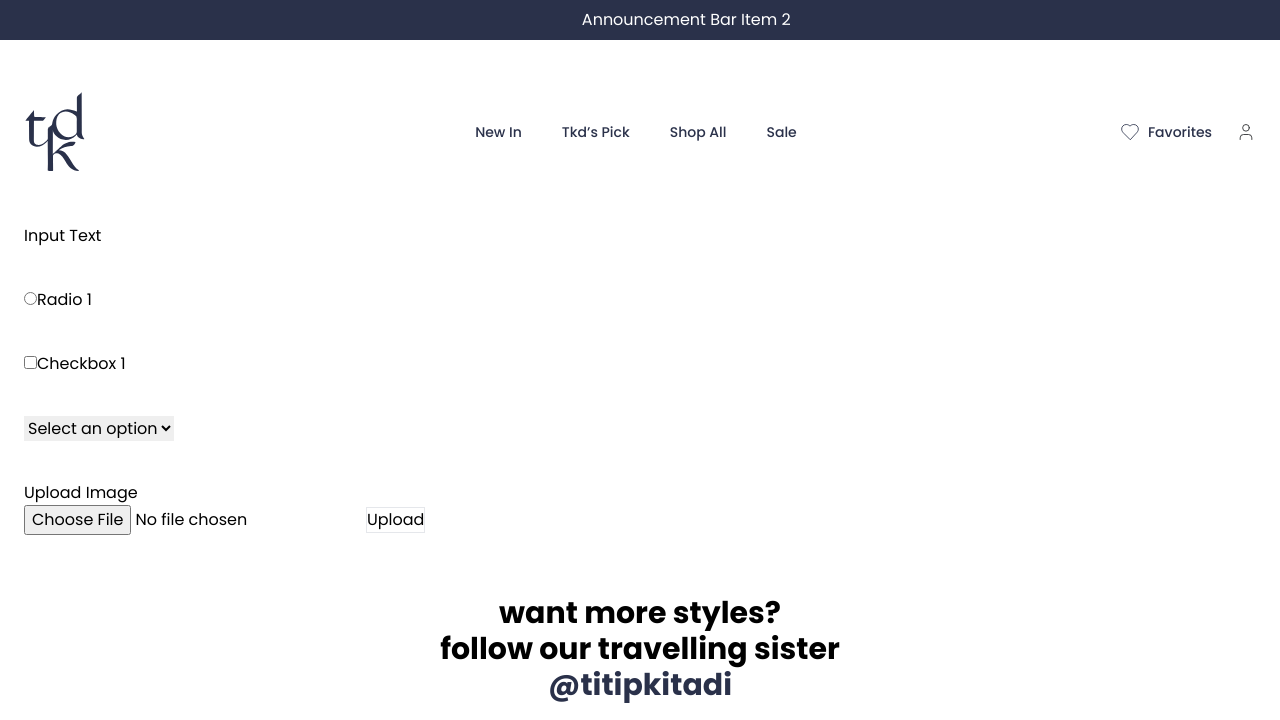
Repository: helmifnandani/online-store
Page: /input
An editor plug-in stored every save of this project. The page is shown before and after the next save, followed by the edit.
The browser window is 1280 px wide. The pictures show the whole page.
An inner scrolling area shows only its first screen. The project was rebuilt for these pictures with package versions that can differ from the ones it lists, and the page was loaded fresh each time. Also part of the build but not shown: vite.config.js, src/components/Icons/icon-chevron-right.jsx, src/components/Icons/icon-chevron-down.jsx, src/components/Icons/icon-chevron-left.jsx, src/components/Icons/icon-eye.jsx, src/components/Icons/icon-shopee.jsx, src/components/Icons/icon-tokopedia.jsx, src/components/Icons/icon-close.jsx and 19 more.

Above is the page before, as saved 2024-08-28 18:12:58.

### index.html
<!doctype html>
<html lang="en">
  <head>
    <meta charset="UTF-8" />
    <link
      rel="icon"
      type="image/svg+xml"
      href="/src/assets/images/logo/logo-2.png"
    />
    <meta name="viewport" content="width=device-width, initial-scale=1.0" />
    <title>Titipkitadi.id</title>
  </head>
  <body>
    <div id="root"></div>
    <script type="module" src="/src/main.jsx"></script>
  </body>
</html>

### src/main.jsx
import { StrictMode } from "react";
import { createRoot } from "react-dom/client";
import App from "./App.jsx";
import "./index.css";
import { BrowserRouter } from "react-router-dom";
import { AuthProvider } from "react-auth-kit";

createRoot(document.getElementById("root")).render(
  <StrictMode>
    <BrowserRouter>
      <App />
    </BrowserRouter>
  </StrictMode>,
);

### src/App.jsx
import { useState, useEffect, useRef } from "react";
import { Route, Routes, Navigate } from "react-router-dom";
import Navbar from "./components/Navbar";
import Footer from "./components/Footer";
import Home from "./pages/Home";
import ProductList from "./pages/ProductList";
import ProductDetail from "./pages/ProductDetail";
import Account from "./pages/Account";
import About from "./pages/About";
import Careers from "./pages/Careers";
import Contact from "./pages/Contact";
import Faq from "./pages/Faq";
import Input from "./pages/Input";
import ReturnsExchanges from "./pages/ReturnsExchanges";
import Shipping from "./pages/Shipping";
import { categories } from "./constants";

function App() {
  const [mobileDrawerOpen, setMobileDrawerOpen] = useState(false);
  const [heightNavbar, setHeightNavbar] = useState(0);
  const [isScrolled, setIsScrolled] = useState(false);
  const containerRef = useRef(null);
  const [categoryList, setCategoryList] = useState([]);

  useEffect(() => {
    setCategoryList(categories);
  }, []);
  const toggleNavbar = (e) => {
    e.stopPropagation();
    setMobileDrawerOpen(!mobileDrawerOpen);
  };

  useEffect(() => {
    if (mobileDrawerOpen) {
      document.querySelector("#sidebar").classList.add("translate-x-0");
      document.querySelector("#sidebar").classList.remove("-translate-x-full");
    } else {
      document.querySelector("#sidebar").classList.remove("translate-x-0");
      document.querySelector("#sidebar").classList.add("-translate-x-full");
    }
  }, [mobileDrawerOpen]);

  useEffect(() => {
    var navbar = document.querySelector("#navbar");
    const updateHeight = () => {
      if (navbar) {
        setHeightNavbar(navbar.offsetHeight);
      }
    };

    updateHeight();

    window.addEventListener("resize", updateHeight);

    return () => {
      window.removeEventListener("resize", updateHeight);
    };
  }, []);

  useEffect(() => {
    const handleScroll = () => {
      const element = containerRef.current;
      setIsScrolled(element.scrollTop > 0);
    };

    const element = containerRef.current;
    element.addEventListener("scroll", handleScroll);

    return () => {
      element.removeEventListener("scroll", handleScroll);
    };
  }, []);

  return (
    <div
      id="container"
      ref={containerRef}
      className={`flex h-screen flex-col overflow-x-hidden lg:space-y-10 ${mobileDrawerOpen ? "overflow-y-hidden" : ""} `}
    >
      <Navbar
        toggleNavbar={toggleNavbar}
        mobileDrawerOpen={mobileDrawerOpen}
        isScrolled={isScrolled}
        categoryList={categoryList}
      />
      <div
        className="mx-auto w-full max-w-7xl flex-grow px-4 lg:px-6"
        id="hero_container"
      >
        {mobileDrawerOpen ? (
          <div
            id="drawer_overlay"
            className={`fixed inset-0 bg-black pt-20 transition-opacity duration-300 ${
              mobileDrawerOpen
                ? "z-20 opacity-50"
                : "pointer-events-none opacity-0"
            }`}
            onClick={toggleNavbar}
            style={{ marginTop: `${heightNavbar}px` }}
          ></div>
        ) : (
          <></>
        )}
        <Routes>
          <Route path="/" element={<Home />} />
          <Route path="/input" element={<Input />} />
          <Route path="/products" element={<Navigate to="/products/all" />} />
          <Route
            path="/products/:collection"
            element={<ProductList categoryList={categoryList} />}
          />
          <Route path="/product/:guid" element={<ProductDetail />} />
          <Route path="/account" element={<Account />} />
          <Route path="/about" element={<About />} />
          <Route path="/careers" element={<Careers />} />
          <Route path="/contact" element={<Contact />} />
          <Route path="/faq" element={<Faq />} />
          <Route path="/returnsExchanges" element={<ReturnsExchanges />} />
          <Route path="/shipping" element={<Shipping />} />
        </Routes>
      </div>
      <Footer />
    </div>
  );
}

export default App;

### src/index.css
@import "./assets/css/fonts.css";
@import "./assets/css/slide.css";
@import "./assets/css/media.css";

@tailwind base;
@tailwind components;
@tailwind utilities;

@layer components {
  .btn-link .btn-text {
    @apply relative after:absolute after:-bottom-2px after:left-1/2 after:block after:h-px after:w-0 after:bg-slate-900 after:transition-all after:content-[''] after:hover:left-0 after:hover:w-full;
  }

  .sidebar-icon {
    @apply relative mx-auto mb-2 mt-2 flex h-12 w-12 items-center justify-center rounded-3xl bg-gray-800 text-green-500 transition-all duration-300 ease-linear hover:rounded-xl hover:bg-green-600 hover:text-white;
  }

  .sidebar-tooltip {
    @apply absolute left-14 m-2 w-auto min-w-max origin-left scale-0 rounded-md bg-gray-900 p-2 text-xs font-bold text-white shadow-md transition-all duration-100;
  }
}

:root {
  font-family: "Poppins", sans-serif;
}

.overlayscrollbars-react {
  width: 16rem;
  height: 16rem;
  margin: 0 auto;
  resize: both;
  overflow: auto;
  border-radius: 6px;
  border: 2px solid var(--foreground-color);
  box-shadow: rgb(var(--foreground-color-rgb) / 0.14) 0 0.875rem 3.125rem;
}

#container::-webkit-scrollbar-track {
  -webkit-box-shadow: inset 0 0 6px rgba(0, 0, 0, 0.3);
  background-color: #f5f5f5;
}

#container::-webkit-scrollbar {
  width: 6px;
  background-color: #f5f5f5;
}

#container::-webkit-scrollbar-thumb {
  background-color: #202225;
}

details > summary {
  list-style: none;
}
details > summary::-webkit-details-marker {
  display: none;
}

.transition-height {
  transition:
    height 0.5s ease-in-out,
    max-height 0.5s ease-in-out;
}

### src/components/Footer.jsx
import React from "react";
import Icon from "./Icons";
import Button from "./Button";

const Footer = () => {
  return (
    <div className="container relative mx-auto space-y-10 px-6 py-3 text-sm lg:px-4">
      <div className="flex flex-col items-center justify-center text-center">
        <p className="text-xl font-bold lg:text-3xl">want more styles?</p>
        <p className="text-xl font-bold lg:text-3xl">
          follow our travelling sister
        </p>
        <Button
          isLink={true}
          type={"link"}
          text={"@titipkitadi"}
          urlTarget="https://www.instagram.com/titipkitadi"
          openNewTab={true}
          className={"text-xl !font-bold lg:text-3xl"}
        />
      </div>
      <div className="flex flex-col gap-4 lg:flex-row">
        <div className="basis-auto border-b pb-4 lg:basis-1/3 lg:border-0">
          <ul className="flex flex-col gap-3">
            <li>
              <Button
                className={"!justify-start"}
                isLink={true}
                type={"link"}
                text={"About"}
                urlTarget="About"
              />
            </li>
            <li>
              <Button
                className={"!justify-start"}
                isLink={true}
                type={"link"}
                text={"Contact"}
                urlTarget="Contact"
              />
            </li>
            <li>
              <Button
                className={"!justify-start"}
                isLink={true}
                type={"link"}
                text={"FAQ"}
                urlTarget="Faq"
              />
            </li>
          </ul>
        </div>
        <div className="basis-auto border-b pb-4 lg:basis-1/3 lg:border-0">
          <ul className="flex flex-col gap-3">
            <li>
              <Button
                className={"!justify-start"}
                isLink={true}
                type={"link"}
                text={"Returns & Exchanges"}
                urlTarget="ReturnsExchanges"
              />
            </li>
            <li>
              <Button
                className={"!justify-start"}
                isLink={true}
                type={"link"}
                text={"Shipping"}
                urlTarget="Shipping"
              />
            </li>
            <li>
              <Button
                className={"!justify-start"}
                isLink={true}
                type={"link"}
                text={"Careers"}
                urlTarget="Careers"
              />
            </li>
          </ul>
        </div>
        <div className="basis-auto pb-4 lg:basis-1/3">
          <ul className="flex flex-col gap-3">
            <li className="flex items-center gap-2">
              <Button
                className={"!justify-start"}
                isLink={true}
                type={"link"}
                text={"the.koreandaily"}
                urlTarget="https://www.instagram.com/the.koreandaily"
                iconName={"instagram"}
                iconWidth={20}
                openNewTab={true}
              />
              <Button isLink={true} type={"link"} href={"#"} />
            </li>
            <li className="flex items-center gap-2">
              <Button
                className={"!justify-start"}
                isLink={true}
                type={"link"}
                urlTarget="https://www.instagram.com/titipkitadi"
                text={"titipkitadi"}
                iconName={"instagram"}
                iconWidth={20}
                openNewTab={true}
              />
            </li>
          </ul>
        </div>
      </div>
    </div>
  );
};

export default Footer;

### src/pages/Input.jsx
import { useState, useEffect } from "react";
const input = () => {
  const [radioValue, setRadioValue] = useState("");
  const [checkboxValue, setCheckboxValue] = useState("");
  const [selectedOption, setSelectedOption] = useState("");
  const [file, setFile] = useState(null);

  const handleSelectChange = (event) => {
    setSelectedOption(event.target.value);
  };
  const handleFileChange = (event) => {
    setFile(event.target.files[0]);
  };
  const handleFileUpload = async () => {
    const formData = new FormData();
    formData.append("file", file);
    console.log([...formData]);
  };
  return (
    <div className="space-y-10">
      <div>
        <label>Input Text</label>
        <input type="text" />
      </div>
      <div>
        <input
          type="radio"
          name="categories"
          id="radio_1"
          value="radio_1"
          checked={radioValue === "radio_1"}
          onChange={() => setRadioValue("radio_1")}
        />
        <label htmlFor="radio_1">
          <span>Radio 1</span>
        </label>
      </div>
      <div>
        <input
          type="checkbox"
          name="categories"
          id="chekbox_1"
          value="chekbox_1"
          checked={checkboxValue === "chekbox_1"}
          onChange={() => setCheckboxValue("chekbox_1")}
        />
        <label htmlFor="chekbox_1">
          <span>Checkbox 1</span>
        </label>
      </div>
      <div>
        <select value={selectedOption} onChange={handleSelectChange}>
          <option value="" disabled>
            Select an option
          </option>
          <option value="option1">Option 1</option>
          <option value="option2">Option 2</option>
          <option value="option3">Option 3</option>
        </select>
      </div>
      <div className="block">
        <div>Upload Image</div>
        <input type="file" onChange={handleFileChange} className="mb-2" />
        <button className="flex-shrink border" onClick={handleFileUpload}>
          Upload
        </button>
      </div>
    </div>
  );
};

export default input;

### src/assets/css/slide.css
.slick-track {
  display: flex;
}

.slick-slide {
  height: auto;
}

.slick-slide > div {
  display: flex;
  height: 100%;
}

.slider-default {
  .slick-dots {
    bottom: 0;
  }

  .slick-dots {
    li {
      button {
        &:before {
          opacity: 0.5;
          color: white;
        }
      }

      &.slick-active {
        button {
          &:before {
            opacity: 1;
            color: white;
          }
        }
      }
    }
  }
}

@layer components {
  .slick-image li {
    @apply size-16;
  }
}
.slick-image {
  bottom: -80px;
  /* transform: translateY(5rem); */
}

### src/assets/css/media.css
.media {
    position: relative;
    display: block;
    overflow: hidden;

    &:before {
        content: ' ';
        display: block;
        width: 100%;
    }

    .media-content {
        position: absolute;
        top: 0;
        left: 0;
        width: 100%;
        height: 100%;
    }

    &.cover {
        .media-content {
            object-fit: cover;
        }
    }

    &.contain {
        .media-content {
            object-fit: contain;
        }
    }
}

### src/components/Icons.jsx
import React from "react";
import Logo from "./Icons/icon-logo.jsx";
import Heart from "./Icons/icon-heart.jsx";
import Profile from "./Icons/icon-profile.jsx";
import Instagram from "./Icons/icon-instagram.jsx";
import ChevronRight from "./Icons/icon-chevron-right.jsx";
import ChevronDown from "./Icons/icon-chevron-down.jsx";
import ChevronLeft from "./Icons/icon-chevron-left.jsx";
import Eye from "./Icons/icon-eye.jsx";
import Shopee from "./Icons/icon-shopee.jsx";
import Tokopedia from "./Icons/icon-tokopedia.jsx";
import Close from "./Icons/icon-close.jsx";
import Menu from "./Icons/icon-menu.jsx";
import Filter from "./Icons/icon-filter.jsx";
import Sort from "./Icons/icon-sort.jsx";
import Whatsapp from "./Icons/icon-whatsapp.jsx";

const Icon = (props) => {
  switch (props.name) {
    case "logo":
      return <Logo {...props} />;
    case "heart":
      return <Heart {...props} />;
    case "profile":
      return <Profile {...props} />;
    case "instagram":
      return <Instagram {...props} />;
    case "chevron-right":
      return <ChevronRight {...props} />;
    case "chevron-left":
      return <ChevronLeft {...props} />;
    case "chevron-down":
      return <ChevronDown {...props} />;
    case "eye":
      return <Eye {...props} />;
    case "shopee":
      return <Shopee {...props} />;
    case "tokopedia":
      return <Tokopedia {...props} />;
    case "close":
      return <Close {...props} />;
    case "menu":
      return <Menu {...props} />;
    case "filter":
      return <Filter {...props} />;
    case "sort":
      return <Sort {...props} />;
    case "whatsapp":
      return <Whatsapp {...props} />;
    default:
  }
};

export default Icon;

### src/components/Button.jsx
import Icon from "./Icons";
import { Link } from "react-router-dom";

const Button = ({
  isLink,
  type = "primary",
  text,
  urlTarget = "#",
  iconName,
  iconWidth = 20,
  onClick,
  btnWidth = "w-auto",
  isPill,
  className = "",
  btnTextClass = "",
  style,
  openNewTab,
  disabled,
}) => {
  let btnStyle = `flex gap-2 items-center justify-center text-center text-sm font-medium transition-all ease-linear ${btnWidth} `;
  switch (type) {
    case "primary":
      btnStyle += `${disabled ? "!bg-gray-100 pointer-events-none !text-gray-400" : ""} px-5 py-2.5 bg-primary-500 text-white hover:bg-gray-700 focus:outline-none `;
      break;
    case "outline":
      btnStyle += `${disabled ? "!bg-gray-100 pointer-events-none !text-gray-400" : ""} px-5 py-2.5 hover:bg-gray-300 border border-primary-500 text-primary-500 `;
      break;
    case "link":
      btnStyle += `${disabled ? "pointer-events-none !text-gray-400" : "text-primary-500"} btn-link`;
      break;
  }

  if (isPill) btnStyle += "rounded-full ";

  btnStyle += ` ${className}`;

  const handleLinkClick = (e) => {
    const overlayElement = document.getElementById("drawer_overlay");
    if (overlayElement) {
      const event = new MouseEvent("click", {
        bubbles: true,
        cancelable: true,
        view: window,
      });
      overlayElement.dispatchEvent(event);
    }
  };

  return (
    <>
      {isLink ? (
        <Link
          to={urlTarget}
          className={btnStyle}
          style={style}
          target={openNewTab ? "_blank" : ""}
          onClick={handleLinkClick}
        >
          {iconName && (
            <span>
              <Icon name={iconName} width={iconWidth} />
            </span>
          )}
          <span className={`btn-text ${btnTextClass}`}>{text}</span>
        </Link>
      ) : (
        <button onClick={onClick} className={btnStyle} style={style}>
          {iconName && (
            <span>
              <Icon name={iconName} width={iconWidth} />
            </span>
          )}
          {text && (
            <span className={type === "link" ? `btn-text ${btnTextClass}` : ""}>
              {text}
            </span>
          )}
        </button>
      )}
    </>
  );
};

export default Button;

### src/components/AnnouncementBar.jsx
import { useEffect, useState } from "react";
import SlideShow from "./SlideShow";
import "slick-carousel/slick/slick.css";
import "slick-carousel/slick/slick-theme.css";
import AnnouncementBarItem from "./AnnouncementBarItem";
import { announcementBarItemsArray } from "../constants";

const AnnouncementBar = ({ isScrolled }) => {
  const [announcementBarItems, setAnnouncementBarItems] = useState([]);

  useEffect(() => {
    setAnnouncementBarItems(announcementBarItemsArray);
    console.log(announcementBarItems);
  }, []);
  return (
    <div
      className={`bg-primary-500 py-2 text-white ${isScrolled ? "h-0 max-h-0" : "h-auto max-h-10"}`}
    >
      <SlideShow
        arrows={false}
        autoplay={true}
        autoplaySpeed={5000}
        fade={false}
      >
        {announcementBarItemsArray.map((item, index) => (
          <div key={index}>
            <AnnouncementBarItem item={item} />
          </div>
        ))}
      </SlideShow>
    </div>
  );
};

export default AnnouncementBar;

### src/components/SlideShow.jsx
import React, { useState, useEffect } from "react";
import Slider from "react-slick";
import "slick-carousel/slick/slick.css";
import "slick-carousel/slick/slick-theme.css";
import Icon from "./Icons";
import Image from "./Image";

const NextArrow = ({ className, cn, style, onClick }) => {
  return (
    <div
      className={`${className} ${cn} right-0 z-10 size-10 lg:right-7 lg:size-16`}
      style={{ ...style, display: "block" }}
      onClick={onClick}
    >
      <Icon
        className="transition-all group-[.slick-disabled]:stroke-gray-200"
        name="chevron-right"
        width={"100%"}
        fill={"#fff"}
      />
    </div>
  );
};

const PrevArrow = ({ className, cn, style, onClick }) => {
  return (
    <div
      className={`${className} ${cn} left-0 z-10 size-10 lg:left-7 lg:size-16`}
      style={{ ...style, display: "block" }}
      onClick={onClick}
    >
      <Icon
        className="transition-all group-[.slick-disabled]:stroke-gray-200"
        name="chevron-left"
        width={"100%"}
        fill={"#fff"}
      />
    </div>
  );
};
const SlideShow = ({
  children,
  fade = true,
  infinite = true,
  speed = 500,
  slidesToShow = 1,
  slidesToScroll = 1,
  waitForAnimate = false,
  autoplay = false,
  autoplaySpeed = 2000,
  pauseOnHover = true,
  className = "slider",
  arrows = true,
  centerMode = false,
  dots = false,
  propsCustomPaging = [],
}) => {
  const [isLargeScreen, setIsLargeScreen] = useState(false);

  useEffect(() => {
    const handleResize = () => {
      setIsLargeScreen(window.innerWidth >= 1024);
    };

    handleResize();
    window.addEventListener("resize", handleResize);

    return () => window.removeEventListener("resize", handleResize);
  }, []);

  const settings = {
    fade,
    infinite,
    speed,
    slidesToShow,
    slidesToScroll,
    waitForAnimate,
    autoplay,
    autoplaySpeed,
    pauseOnHover,
    arrows,
    lazyLoad: true,
    centerMode,
    dots,
    nextArrow: <NextArrow cn={"before:content-[''] group"} />,
    prevArrow: <PrevArrow cn={"before:content-[''] group"} />,
    centerPadding: centerMode ? "8px" : "",
    responsive: [
      {
        breakpoint: 1024,
        settings: {
          slidesToShow,
          slidesToScroll,
        },
      },
      {
        breakpoint: 600,
        settings: {
          slidesToShow: 1,
          slidesToScroll: 1,
        },
        centerPadding: centerMode ? "60px" : "",
      },
    ],
  };

  if (propsCustomPaging.length > 0 && isLargeScreen) {
    (settings.dotsClass = "slick-dots slick-image"),
      (settings.customPaging = function (i) {
        return (
          <a className="">
            <Image
              imgSrc={propsCustomPaging[i]}
              ratio={"aspect-card"}
              className="h-full w-full"
            />
          </a>
        );
      });
  }
  return (
    <div
      className={`slider-container ${arrows ? "" : "overflow-hidden"} ${className} ${propsCustomPaging.length > 0 ? "slider-custom-paging" : "slider-default"}`}
    >
      <Slider {...settings}>{children}</Slider>
    </div>
  );
};

export default SlideShow;

### src/components/Icons/icon-heart.jsx
const SVG = ({
  style = {},
  width = "24",
  height = "24",
  className = "",
  viewBox = "0 0 24 24",
}) => (
  <svg
    width={width}
    style={style}
    height={width}
    viewBox={viewBox}
    xmlns="http://www.w3.org/2000/svg"
    className={`svg-icon ${className || ""}`}
    xmlnsXlink="http://www.w3.org/1999/xlink"
    stroke="currentColor"
    fill="none"
    strokeWidth="1"
    strokeLinecap="round"
    strokeLinejoin="round"
  >
    <path d="M19 14c1.49-1.46 3-3.21 3-5.5A5.5 5.5 0 0 0 16.5 3c-1.76 0-3 .5-4.5 2-1.5-1.5-2.74-2-4.5-2A5.5 5.5 0 0 0 2 8.5c0 2.3 1.5 4.05 3 5.5l7 7Z" />
  </svg>
);

export default SVG;

### src/components/Icons/icon-profile.jsx
const SVG = ({
  style = {},
  fill = "#202225",
  width = "24",
  height = "24",
  className = "",
  viewBox = "0 0 24 24",
}) => (
  <svg
    width={width}
    style={style}
    height={width}
    viewBox={viewBox}
    xmlns="http://www.w3.org/2000/svg"
    className={`svg-icon ${className || ""}`}
    xmlnsXlink="http://www.w3.org/1999/xlink"
    stroke={fill}
    fill="none"
    strokeWidth="1"
    strokeLinecap="round"
    strokeLinejoin="round"
  >
    <path d="M19 21v-2a4 4 0 0 0-4-4H9a4 4 0 0 0-4 4v2" />
    <circle cx="12" cy="7" r="4" />
  </svg>
);

export default SVG;

### src/components/Icons/icon-instagram.jsx
const SVG = ({
  style = {},
  fill = "#202225",
  width = "24",
  height = "24",
  className = "",
  viewBox = "0 0 24 24",
}) => (
  <svg
    width={width}
    style={style}
    height={width}
    viewBox={viewBox}
    xmlns="http://www.w3.org/2000/svg"
    className={`svg-icon ${className || ""}`}
    xmlnsXlink="http://www.w3.org/1999/xlink"
    stroke={fill}
    fill="none"
    strokeWidth="1"
    strokeLinecap="round"
    strokeLinejoin="round"
  >
    <rect width="20" height="20" x="2" y="2" rx="5" ry="5" />
    <path d="M16 11.37A4 4 0 1 1 12.63 8 4 4 0 0 1 16 11.37z" />
    <line x1="17.5" x2="17.51" y1="6.5" y2="6.5" />
  </svg>
);

export default SVG;

### src/components/AnnouncementBarItem.jsx
const AnnouncementBarItem = ({ item }) => {
  console.log(item);
  return <div className="flex justify-center">{item.text}</div>;
};

export default AnnouncementBarItem;

Loaded but not shown: tailwind.config.js (77 lines, source omitted); src/constants/index.jsx (994 lines, source omitted); src/assets/css/fonts.css (257 lines, source omitted); src/components/Icons/icon-logo.jsx (35 lines, source omitted); src/components/Navbar.jsx (192 lines, source omitted)

After the next save:
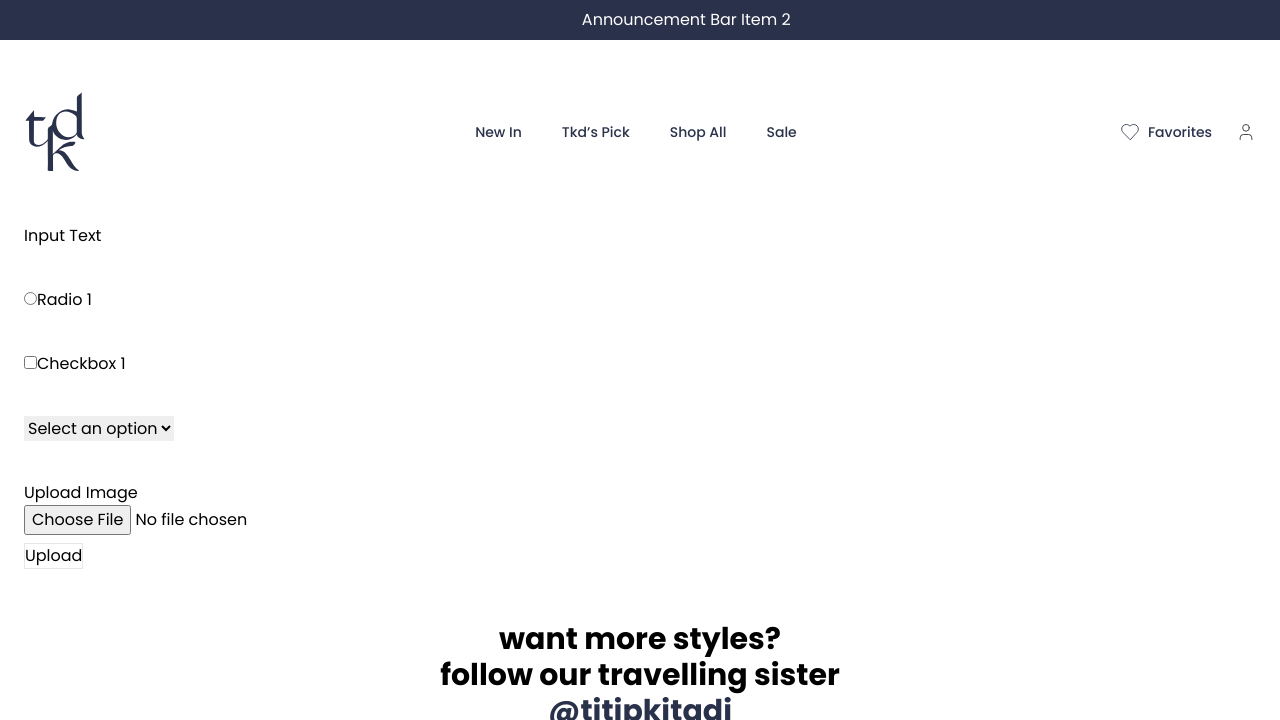
Saved 7 s later.
--- a/src/pages/Input.jsx
+++ b/src/pages/Input.jsx
@@ -60,7 +60,9 @@ const input = () => {
       </div>
       <div className="block">
         <div>Upload Image</div>
-        <input type="file" onChange={handleFileChange} className="mb-2" />
+        <div>
+          <input type="file" onChange={handleFileChange} className="mb-2" />
+        </div>
         <button className="flex-shrink border" onClick={handleFileUpload}>
           Upload
         </button>
